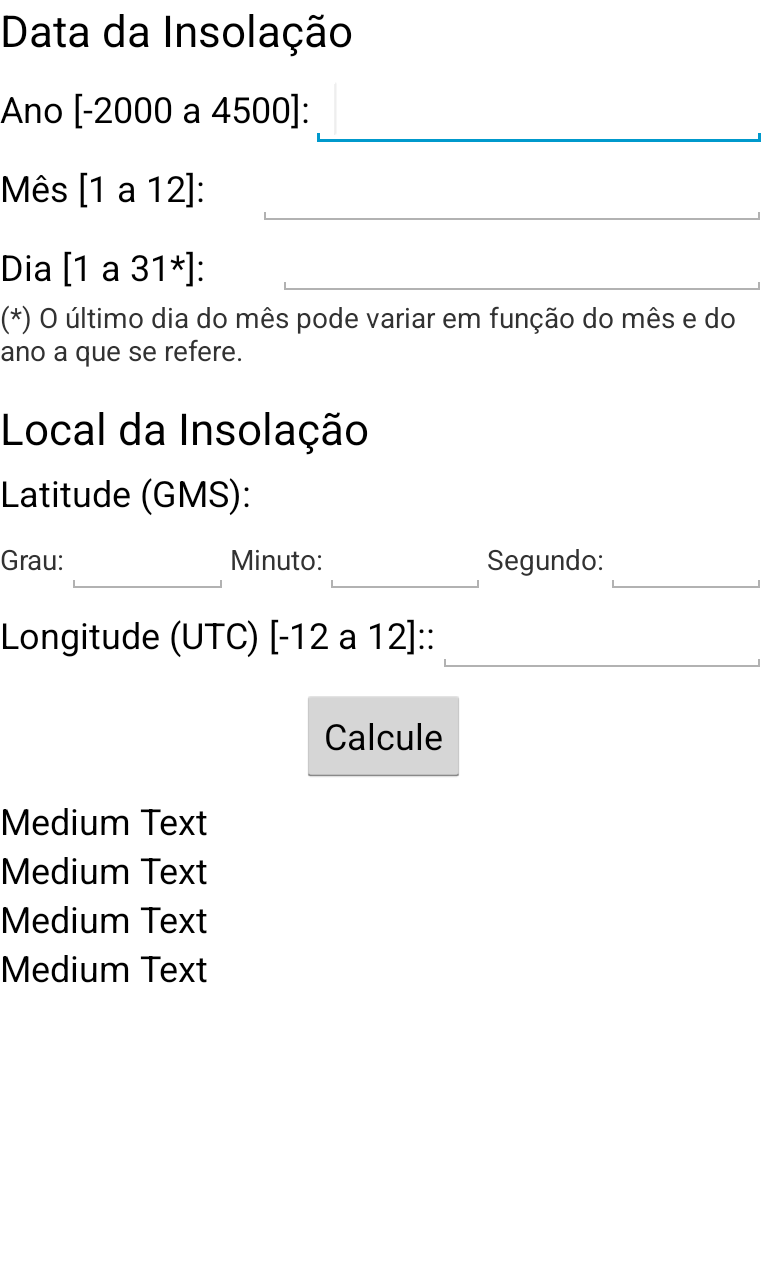
Repository: sergioPereiraBR/insolacao_terrestre
Layout: projeto/source code/InsolacaoTerrestre/res/layout/activity_insolacao_terrestre.xml
The author's editor kept a copy of each file at every save. The layout is drawn from the files as they stood at one save, then again after the next save.
It is drawn on a 768 x 1280 px phone screen (xhdpi) without system bars, with theme AppTheme; the app's code is not run.

Above is the layout before, as saved 2016-11-23 18:40:50.

After the next save:
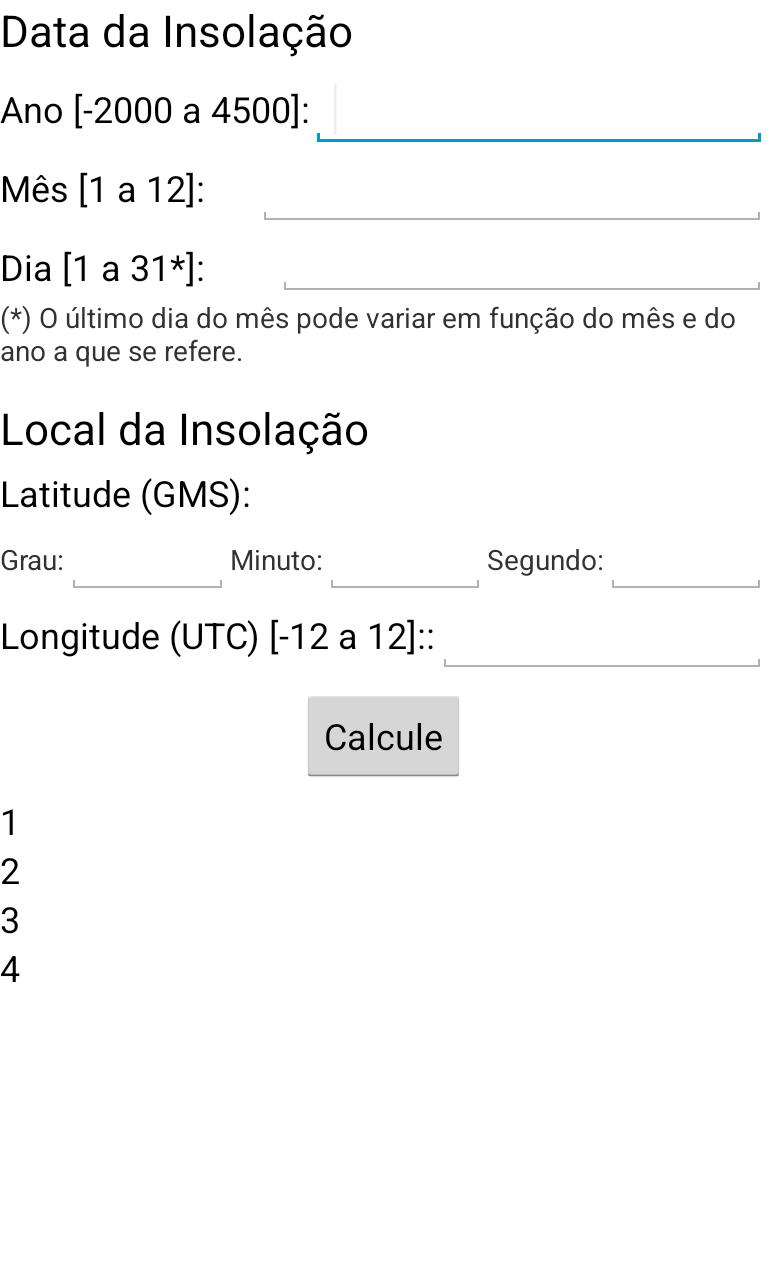
Saved 12 s later.
--- a/projeto/source code/InsolacaoTerrestre/res/layout/activity_insolacao_terrestre.xml
+++ b/projeto/source code/InsolacaoTerrestre/res/layout/activity_insolacao_terrestre.xml
@@ -231,28 +231,28 @@
             android:id="@+id/textView13"
             android:layout_width="wrap_content"
             android:layout_height="wrap_content"
-            android:text="Medium Text"
+            android:text="1"
             android:textAppearance="?android:attr/textAppearanceMedium" />
 
         <TextView
             android:id="@+id/textView14"
             android:layout_width="wrap_content"
             android:layout_height="wrap_content"
-            android:text="Medium Text"
+            android:text="2"
             android:textAppearance="?android:attr/textAppearanceMedium" />
 
         <TextView
             android:id="@+id/textView15"
             android:layout_width="wrap_content"
             android:layout_height="wrap_content"
-            android:text="Medium Text"
+            android:text="3"
             android:textAppearance="?android:attr/textAppearanceMedium" />
 
         <TextView
             android:id="@+id/textView12"
             android:layout_width="wrap_content"
             android:layout_height="wrap_content"
-            android:text="Medium Text"
+            android:text="4"
             android:textAppearance="?android:attr/textAppearanceMedium" />
 
     </LinearLayout>
